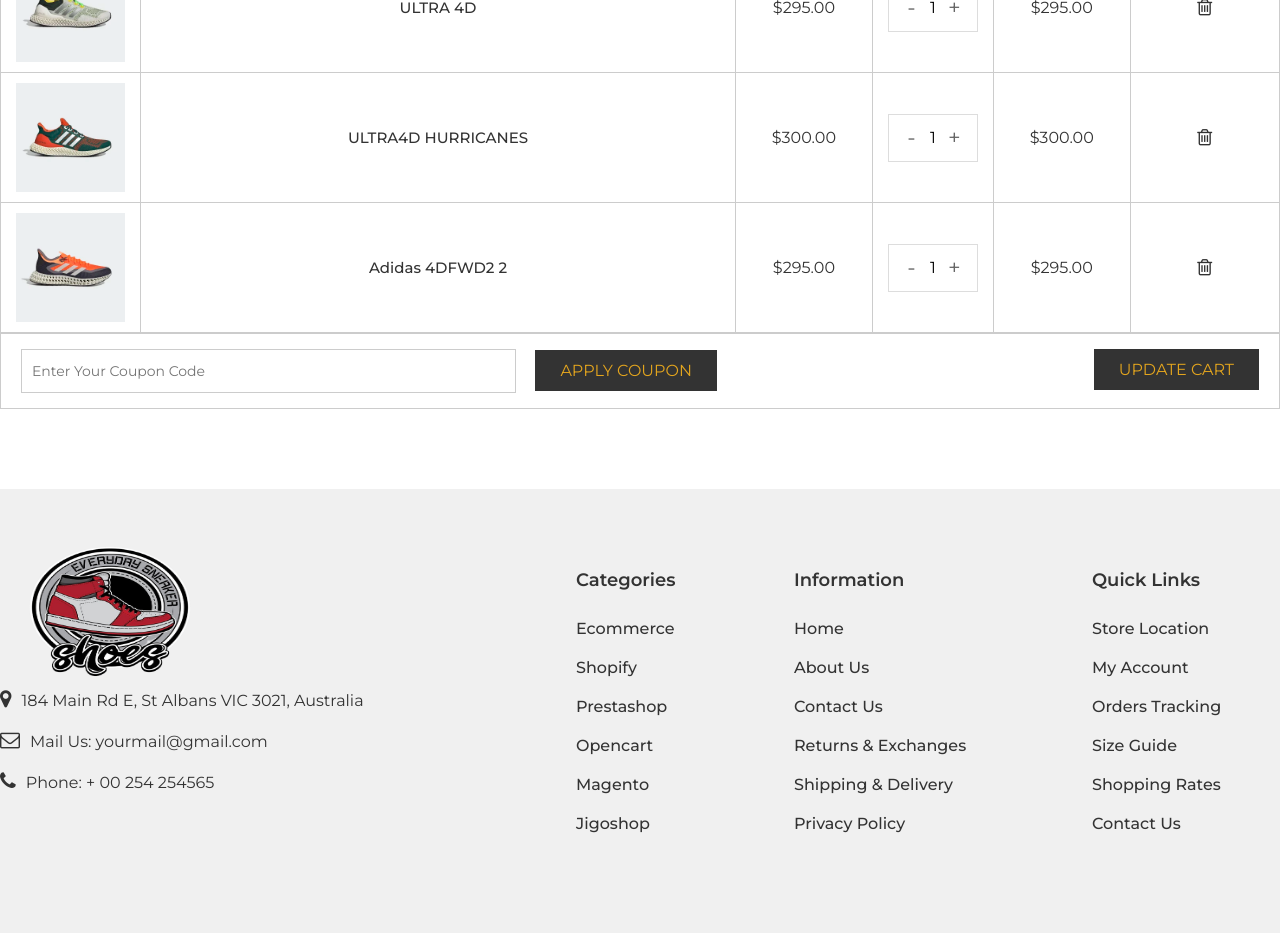
Repository: Toan3333/TranAnhToan
Page: pages/cart.html
These files come from the project's save history. The page is drawn as it stood at one moment and after the next save; the edit follows.
The browser window is 1280 px wide. The pictures show the part of the page from y = 514 to 1466 px (the page is 1447 px tall before and 1466 px after).

Above is the page before, as saved 2023-02-19 16:22:44.

### pages/cart.html
<!DOCTYPE html>
<html lang="en">
  <head>
    <meta charset="UTF-8" />
    <meta http-equiv="X-UA-Compatible" content="IE=edge" />
    <meta name="viewport" content="width=device-width, initial-scale=1.0" />
    <title>Cart</title>
    <link rel="stylesheet" href="../css/style.css" />
    <link
      rel="stylesheet"
      href="https://cdnjs.cloudflare.com/ajax/libs/font-awesome/4.7.0/css/font-awesome.min.css"
    />
    <link
      href="https://fonts.googleapis.com/css?family=Montserrat:100,200,300,regular,500,600,700,800,900,100italic,200italic,300italic,italic,500italic,600italic,700italic,800italic,900italic"
      rel="stylesheet"
    />
  </head>
  <body>
    <div class="main">
      <div class="container">
        <header class="header">
          <div class="header-logo">
            <a href="../index.html">
              <img src="../img/Logo-removebg-preview.png" alt=""
            /></a>
          </div>
          <nav class="header-menu">
            <a href="../index.html" class="active">Home</a>
            <a href="#">Page</a>
            <a href="../pages/shop.html">Shop</a>
            <a href="../pages/blog.html">Blog</a>
            <a href="../pages/contact.html">Contact Us</a>
          </nav>
          <div class="header-configure">
            <div class="header-icon">
              <a href="#">
                <i class="fa fa-search" aria-hidden="true"></i>
              </a>
              <a href="../pages/login.html">
                <i class="fa fa-user" aria-hidden="true"> </i>
              </a>
              <a href="#">
                <i class="fa fa-cart-arrow-down" aria-hidden="true"> </i>
              </a>
            </div>
          </div>
        </header>
      </div>
      <section class="breadcrumb-bg">
        <div class="container">
          <div class="breadcrubm-main">
            <h1 class="breadcrubm-title">Cart</h1>
            <ul class="breadcrubm">
              <li class="breadcrubm-item">
                <a href="../index.html">Home /</a>
              </li>
              <li class="breadcrubm-item">
                <a class="active" href="./product-detail.html">Cart</a>
              </li>
            </ul>
          </div>
        </div>
      </section>
      <section class="cart">
        <div class="container">
          <table>
            <thead>
              <tr>
                <th class="pro-thumnail">Thumbnail</th>
                <th class="pro-title">Product</th>
                <th class="pro-price">Price</th>
                <th class="pro-quantity">Quantity</th>
                <th class="pro-subtotal">Total</th>
                <th class="pro-remove">Remove</th>
              </tr>
            </thead>
            <tbody>
              <tr>
                <td class="pro-thumnail">
                  <img src="../img/product-shop-1.webp" alt="" />
                </td>
                <td class="pro-title"><a href="#">ULTRA 4D</a></td>
                <td class="pro-price">$295.00</td>
                <td class="pro-quantity">
                  <div class="product-detail__quantity">
                    <div class="quantity cart-quantity">
                      <span class="dec">-</span>
                      <input type="text" value="1" />
                      <span class="inc">+</span>
                    </div>
                  </div>
                </td>
                <td class="pro-subtotal">$295.00</td>
                <td class="pro-remove">
                  <i class="fa fa-trash-o" aria-hidden="true"></i>
                </td>
              </tr>
              <tr>
                <td class="pro-thumnail">
                  <img src="../img/product-shop-2.webp" alt="" />
                </td>
                <td class="pro-title"><a href="">ULTRA4D HURRICANES</a></td>
                <td class="pro-price">$300.00</td>
                <td class="pro-quantity">
                  <div class="product-detail__quantity">
                    <div class="quantity cart-quantity">
                      <span class="dec">-</span>
                      <input type="text" value="1" />
                      <span class="inc">+</span>
                    </div>
                  </div>
                </td>
                <td class="pro-subtotal">$300.00</td>
                <td class="pro-remove">
                  <i class="fa fa-trash-o" aria-hidden="true"></i>
                </td>
              </tr>
              <tr>
                <td class="pro-thumnail">
                  <img src="../img/product-shop-3.webp" alt="" />
                </td>
                <td class="pro-title"><a href="#"> Adidas 4DFWD2 2</a></td>
                <td class="pro-price">$295.00</td>
                <td class="pro-quantity">
                  <div class="product-detail__quantity">
                    <div class="quantity cart-quantity">
                      <span class="dec">-</span>
                      <input type="text" value="1" />
                      <span class="inc">+</span>
                    </div>
                  </div>
                </td>
                <td class="pro-subtotal">$295.00</td>
                <td class="pro-remove">
                  <i class="fa fa-trash-o" aria-hidden="true"></i>
                </td>
              </tr>
            </tbody>
          </table>
          <div class="cart-update">
            <div class="cart-apply__coupon">
              <form action="">
                <div class="cart-apply__input">
                  <input type="text" placeholder="Enter Your Coupon Code" />
                  <button class="cart-apply__btn">Apply Coupon</button>
                </div>
              </form>
            </div>
            <div class="cart-apply__update-cart">
              <button class="cart-apply__btn">Update Cart</button>
            </div>
          </div>
        </div>
      </section>
      <footer class="footer">
        <div class="container">
          <div class="footer-left">
            <div class="footer-column">
              <div class="footer-logo">
                <img src="../img/Logo-removebg-preview.png" alt="Logo" />
              </div>
            </div>
            <div class="footer-content">
              <ul class="footer-menu">
                <li>
                  <i class="fa fa-map-marker" aria-hidden="true"></i>184 Main Rd
                  E, St Albans VIC 3021, Australia
                </li>
                <li>
                  <i class="fa fa-envelope-o" aria-hidden="true"></i>Mail Us:
                  yourmail@gmail.com
                </li>
                <li>
                  <i class="fa fa-phone" aria-hidden="true"></i>Phone: + 00 254
                  254565
                </li>
              </ul>
            </div>
          </div>
          <div class="footer-right">
            <div class="footer-col mr">
              <h5 class="footer-title">Categories</h5>
              <div class="footer-content">
                <ul class="footer-menu">
                  <li class="footer-list">
                    <a href="#" class="footer-link">Ecommerce</a>
                  </li>
                  <li class="footer-list">
                    <a href="#" class="footer-link">Shopify </a>
                  </li>
                  <li class="footer-list">
                    <a href="#" class="footer-link">Prestashop</a>
                  </li>
                  <li class="footer-list">
                    <a href="#" class="footer-link">Opencart </a>
                  </li>
                  <li class="footer-list">
                    <a href="#" class="footer-link">Magento</a>
                  </li>
                  <li class="footer-list">
                    <a href="#" class="footer-link">Jigoshop</a>
                  </li>
                </ul>
              </div>
            </div>
            <div class="footer-col mr">
              <h5 class="footer-title">Information</h5>
              <div class="footer-content">
                <ul class="footer-menu">
                  <li class="footer-list">
                    <a href="#" class="footer-link">Home</a>
                  </li>
                  <li class="footer-list">
                    <a href="#" class="footer-link">About Us</a>
                  </li>
                  <li class="footer-list">
                    <a href="#" class="footer-link">Contact Us</a>
                  </li>
                  <li class="footer-list">
                    <a href="#" class="footer-link">Returns & Exchanges</a>
                  </li>
                  <li class="footer-list">
                    <a href="#" class="footer-link">Shipping & Delivery</a>
                  </li>
                  <li class="footer-list">
                    <a href="#" class="footer-link">Privacy Policy</a>
                  </li>
                </ul>
              </div>
            </div>
            <div class="footer-col ml">
              <h5 class="footer-title">Quick Links</h5>
              <div class="footer-content">
                <ul class="footer-menu">
                  <li class="footer-list">
                    <a href="#" class="footer-link">Store Location</a>
                  </li>
                  <li class="footer-list">
                    <a href="#" class="footer-link">My Account</a>
                  </li>
                  <li class="footer-list">
                    <a href="#" class="footer-link">Orders Tracking</a>
                  </li>
                  <li class="footer-list">
                    <a href="#" class="footer-link">Size Guide</a>
                  </li>
                  <li class="footer-list">
                    <a href="#" class="footer-link">Shopping Rates </a>
                  </li>
                  <li class="footer-list">
                    <a href="#" class="footer-link">Contact Us </a>
                  </li>
                </ul>
              </div>
            </div>
          </div>
        </div>
      </footer>
    </div>
  </body>
</html>

Loaded but not shown: css/style.css (1500 lines, source omitted)

After the next save:
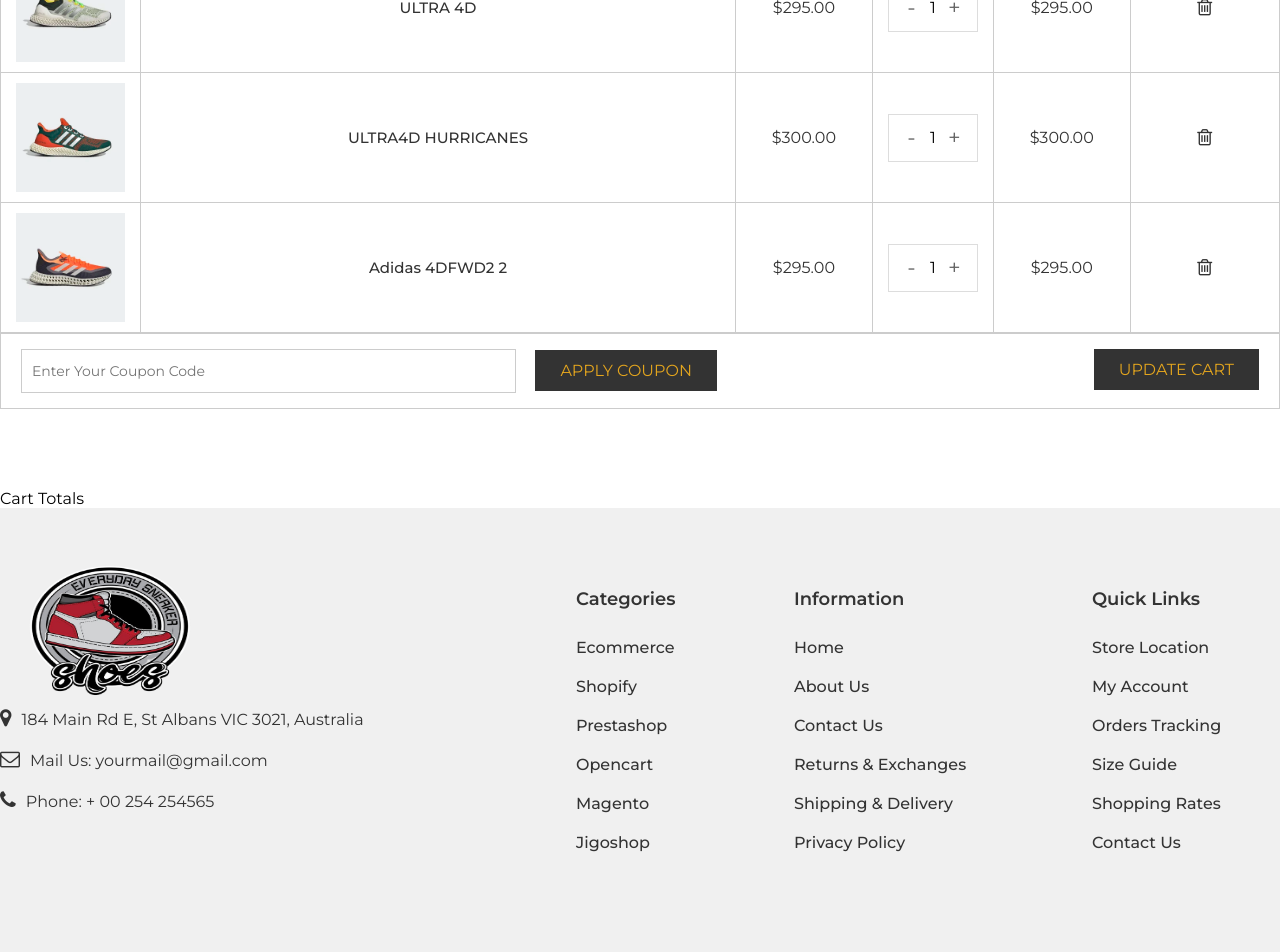
Saved 2 min 29 s later.
--- a/pages/cart.html
+++ b/pages/cart.html
@@ -152,6 +152,13 @@
           </div>
         </div>
       </section>
+      <section class="cart-total">
+        <div class="container">
+          <div class="cart-total__box">
+            <h3 class="cart-total__title">Cart Totals</h3>
+          </div>
+        </div>
+      </section>
       <footer class="footer">
         <div class="container">
           <div class="footer-left">
